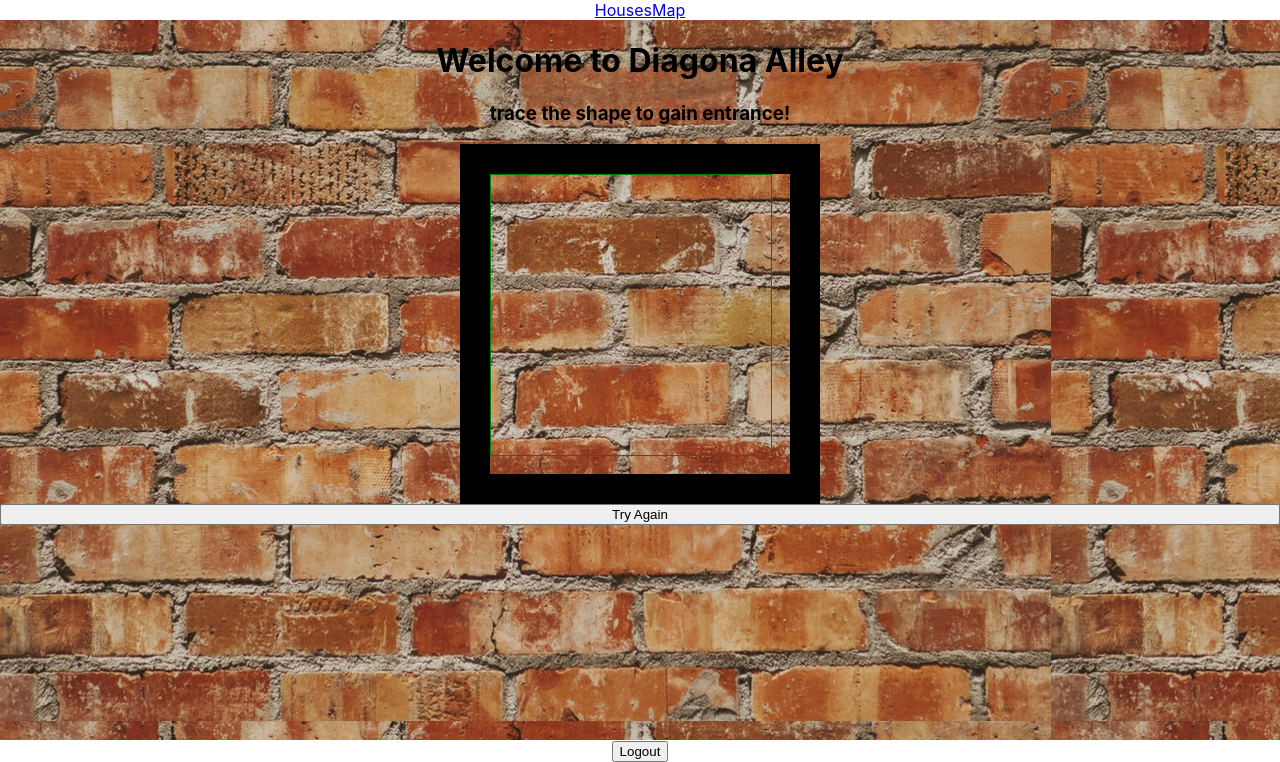
Repository: Brandon205/PotterGo
Page: /houses (app in client/)
These files come from the project's save history. The page is drawn as it stood at one moment and after the next save; the edit follows.
The browser window is 1280 px wide. The pictures show the whole page.
The project was rebuilt for these pictures with package versions that can differ from the ones it lists, and the page was loaded fresh each time. A package was used in the major version that the imports need, not the one package.json lists. Also part of the build but not shown: client/src/Homepage.jsx, client/src/Signup.js, client/src/Login.js, client/src/LoginPage.jsx, client/src/WandGenerator.jsx.

Above is the page before, as saved 2019-11-21 15:50:47.

### client/src/App.js
import React from 'react';
import './App.css';
import Axios from 'axios';
import {
  BrowserRouter as Router,
  Route,
  Link,
} from 'react-router-dom';
import DiagonAlley from './DiagonAlley';
import Homepage from './Homepage';
import LoginPage from './LoginPage';
import WandGenerator from './WandGenerator';

class App extends React.Component {
  state = {
    token: '',
    user: null,
    errorMessage: '',
    lockedResult: '',
    redirect: ''
  }

  checkForLocalToken = () => {
    // Look in LS for localtoken
    let token = localStorage.getItem('mernToken');
    if (!token || token === 'undefined') {
      // if no taken, remove all evidence of mernToken from LS and state
      localStorage.removeItem('mernToken');
      this.setState({ token: '', user: null });
    } else {
      // if token, verify token on backend
      Axios.post('/auth/me/from/token', { token })
      .then(res => {
        if (res.data.type === 'error') {
          localStorage.removeItem('mernToken');
          this.setState({ token: '', user: null, errorMessage: res.data.message });
        } else {
          // if verified store it back in LS and state
          localStorage.setItem('mernToken', res.data.token);
          this.setState({ token: res.data.token, user: res.data.user });
        }
      })
    }
  }

  componentDidMount = () => {
    this.checkForLocalToken()
  }

  liftToken = ({token, user}) => {
    this.setState({ token, user });
  }

  logout = () => {
    localStorage.removeItem('mernToken');
    this.setState({ token: '', user: null });
  }

  render() {
    return (
      <Router>
        <div className="App">
          <Link to='/houses'>Houses</Link>
          <Link to='/map'>Map</Link>
          <Route exact path='/' render={ () => <LoginPage liftToken={this.liftToken}/>}/>
          <Route exact path='/map' component={Homepage}/>
          <Route exact path='/houses' component={DiagonAlley}/>
          <Route exact path='/wand' component={WandGenerator}/>
          <button onClick={this.logout}>Logout</button>
        </div>
      </Router>
    );
  }
}

export default App;

### client/src/App.css
.App {
  text-align: center;
}

.App-logo {
  height: 40vmin;
}

.App-header {
  background-color: #282c34;
  min-height: 100vh;
  display: flex;
  flex-direction: column;
  align-items: center;
  justify-content: center;
  font-size: calc(10px + 2vmin);
  color: white;
}

.App-link {
  color: #09d3ac;
}

.backgroundDiv {
  display: flex;
  flex-flow: column;
  height: 100vh;
  width: 100vw;
  background-image: url('brick.jpg');
}

.container {
  display: flex;
  align-content: center;
  justify-content: center;
}

.diagonDiv {
  height: 300px;
  width: 300px;
  border: 30px solid black;
}

.innerDiv {
  height: 280px;
  width: 280px;
  border: 1px solid green;
}

### client/src/DiagonAlley.jsx
import React, { useState, useEffect } from 'react'
import axios from 'axios'

function DiagonAlley () {
    const [X, setX] = useState(0)
    const [Y, setY] = useState(0)
    const [breaking, setBreaking] = useState(false)
    const [youFaileda, setyouFaileda] = useState('')

    function onMouseMove (event)  {
        setX(event.screenX)
        setY(event.screenY)
        console.log(X, Y)
    }

    function onMouseMoveTwo (event)  {
        setBreaking(true)
        setyouFaileda('The wall stays solid! Please try again!')
        console.log('You have failed')
    }

    function onClick (event) {

    }

    var youFailed;
    var youFailedFinal;
    if (breaking) {
        youFailed = youFaileda
        youFailedFinal = <h3>{youFailed}</h3>
    } else {
        youFailed = ''
    }
    return (
        <div className='backgroundDiv'>
            <div>
                <h1>Welcome to Diagona Alley</h1>
                <h3>trace the shape to gain entrance!</h3>
            </div>
            <div className='container'>
                <div onMouseMove={onMouseMove} className='diagonDiv'>
                <div onMouseDown={onMouseMoveTwo} className='innerDiv'></div>
                </div>
            </div>
            {youFailedFinal}
            <button onClick={onClick}>Try Again</button>
        </div>
    )
}

export default DiagonAlley

Loaded but not shown: client/public/index.html (common file); client/src/index.js (common file); client/src/index.css (common file); client/src/serviceWorker.js (common file)

After the next save:
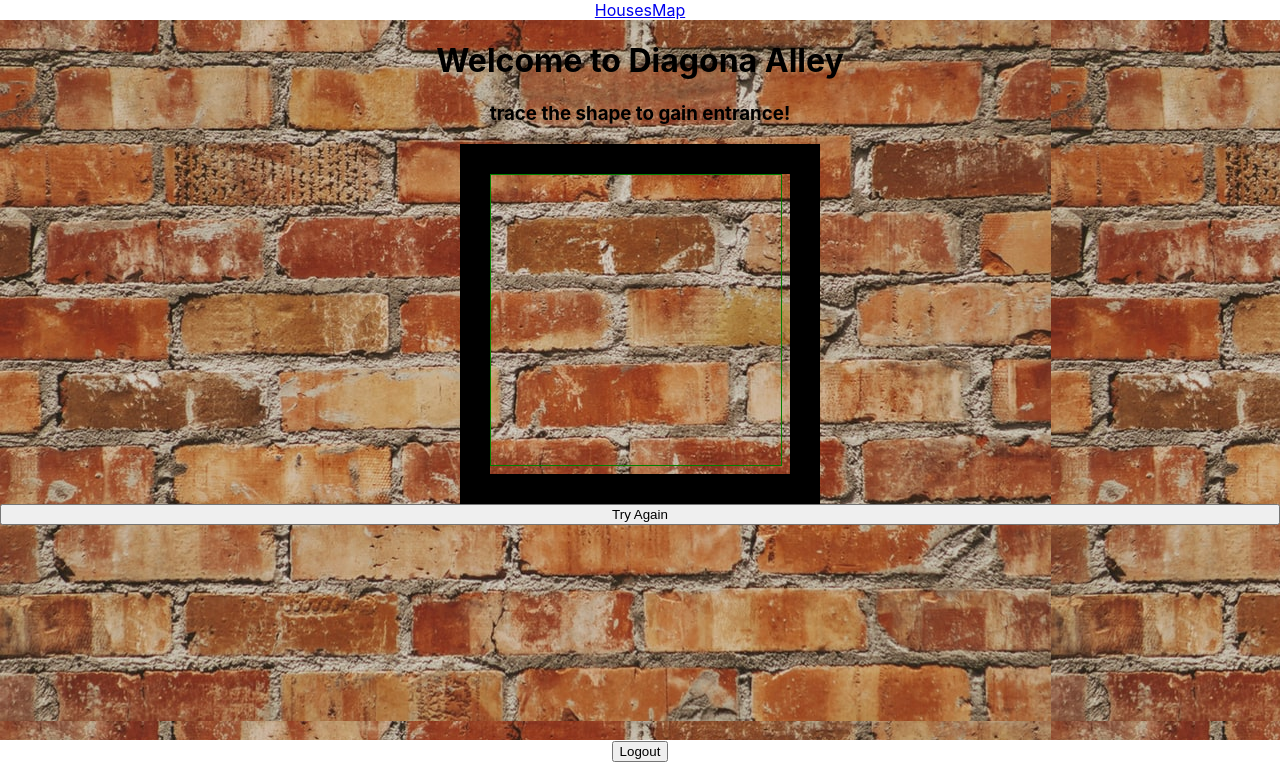
Saved 5 s later.
--- a/client/src/App.css
+++ b/client/src/App.css
@@ -42,7 +42,7 @@
 }
 
 .innerDiv {
-  height: 280px;
-  width: 280px;
+  height: 290px;
+  width: 290px;
   border: 1px solid green;
 }
